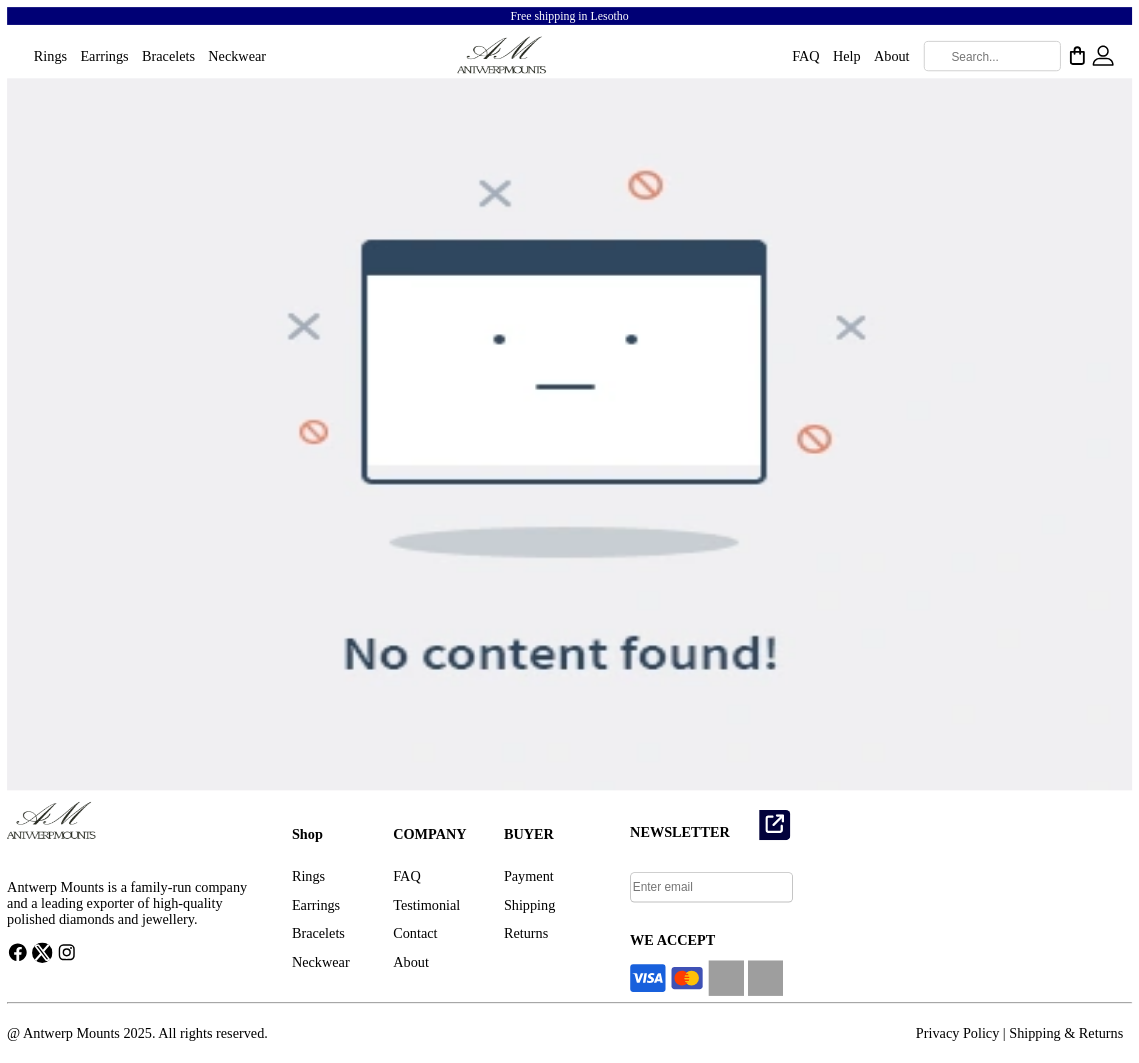
Repository: kea-0424/Web-Development-Project-1
Page: First_collaboration/JewelarySite.html
An editor plug-in stored every save of this project. The page is shown before and after a run of saves, followed by the edit.
The browser window is 1280 px wide. The pictures show the whole page, at 89% of full size.
Pictures or frames that could not be fetched are drawn as grey boxes.

Above is the page before, as saved 2025-01-23 11:25:31.

### First_collaboration/JewelarySite.html
<!DOCTYPE html>
<html lang="en">
<head>
    <meta charset="UTF-8">
    <meta name="viewport" content="width=device-width, initial-scale=1.0">
    <title>Document</title>
    <link rel="stylesheet" href="./JewelarySite.css">
</head>
<body>
    <header>
        <div class="notification">
            <span>Free shipping in Lesotho</span>
        </div>
        <nav>
                <ul class="navigations"  id="right_nav">
                    <li class="navbar_links"><a href="#">Rings</a></li>
                    <li class="navbar_links"><a href="#">Earrings</a></li>
                    <li class="navbar_links"><a href="#">Bracelets</a></li>
                    <li class="navbar_links"><a href="#">Neckwear</a></li>
                </ul>

            <div class="logo_container">
<img src="Main_Logo-removebg-preview.png" alt="Logo" class="main_logo" id="Nav_logo">
            </div>
                <ul class="navigations" id="left_nav">
                    <li class="navbar_links"><a href="#">FAQ</a></li>
                    <li class="navbar_links"><a href="#">Help</a></li>
                    <li class="navbar_links"><a href="#">About</a></li>
                </ul>
                <form action="#">
                    <i class='bx bx-search-alt-2'></i>
                    <input class='searchbar' type="text" placeholder="Search...">
                </form>
                <div class="nav_icons">
                    <img src="./cart.svg" alt="Logo" class="icon">
                    <img src="./profile.svg" alt="Logo" class="icon">
                </div>
        </nav>
    </header>
    <main>
        <img src="./NoContent.webp" alt="No_Content" class="No_Content">
    </main>
    <footer>
        <div class="about_us">
            <div class="logo_container">
                <img src="Main_Logo-removebg-preview.png" alt="Logo" class="main_logo">
                            </div>
                            <div class="bio">
                                <p>Antwerp Mounts is a family-run company<br>
                                    and a leading exporter of high-quality<br>
                                   polished diamonds and jewellery.</p>
                            </div>
                                <div class="social_media">
                                    <div class="socials" >
                                        <a href="#"><img src="./bxl-facebook-circle (1).svg" alt="Facebook" id="facebook_link"></a>
                                    </div>
                                    <div class="socials">
                                        <a href="#"><img src="./x-twitter-brands-solid.svg" alt="Twitter" id="X_link"></a>
                                    </div>
                                    <div class="socials">
                                        <a href="#"><img src="./bxl-instagram (1).svg" alt="Instagram" id="instagram_link"></a>
                                    </div>
                                    </div>
        </div>
        <div class="navigation">
            <div class="list1">
                <h4>Shop</h4>
                <ul class="footer_lists">
                    <li><a href="#">Rings</a></li>
                    <li><a href="#">Earrings</a></li>
                    <li><a href="#">Bracelets</a></li>
                    <li><a href="#">Neckwear</a></li>
                </ul>
            </div>
            <div class="list2">
               <h4>COMPANY</h4>
               <ul class="footer_lists">
                <li><a href="#">FAQ</a></li>
                <li><a href="#">Testimonial</a></li>
                <li><a href="#">Contact</a></li>
                <li><a href="#">About</a></li>
               </ul>
            </div>
            <div class="list3">
                <h4>BUYER</h4>
                <ul class="footer_lists">
                    <li><a href="#">Payment</a></li>
                    <li><a href="#">Shipping</a></li>
                    <li><a href="#">Returns</a></li>
                </ul>
            </div>
        </div>
        <div class="Subscription">
            <h4>NEWSLETTER</h4>
            <form action="#">
                <div class="input_container">
                    <input type="text" placeholder="Enter email" class="newsletter_input">
                    <button type="submit" class="submit_btn"><img src="./arrow-up-right-from-square-solid.svg" alt="arrow"></button>
                </div>
            </form>
            <h4>WE ACCEPT</h4>
            <div class="payment_methods">
                <div class="payment_method">
                    <img src="./cc-visa-brands-solid.svg" alt="visa" id="visa">
                </div>
                <div class="payment_method">
                    <img src="mastercard.svg" alt="mastercard" id="mastercard">
                </div>
                <div class="payment_method">
                    <img src="./paypal.svg" alt="paypal" id="paypal">
        </div>
        <div class="payment_method">
            <img src="./skrill.svg" alt="skrill" id="skrill">
        </div>
            </div>
        </div>
        <hr>
        <div class="copyright">
            <p class="left_details">@ Antwerp Mounts 2025. All rights reserved.</p>
            <p class="right_details">Privacy Policy | Shipping & Returns</p>
        </div>
    </footer>
</body>
</html>

### First_collaboration/JewelarySite.css

body {
    box-sizing: border-box;
}
.notification {
    background-color: rgb(0 0 117);
    color: rgb(255 255 255);
    display: flex;
    align-items: center;
    justify-content: center;
    font-size: smaller;
    width: inherit;
    height: 20px;
}
nav {
    display: flex;
    justify-content: space-between;
    /*padding: 10px;*/
}
.main_logo {
    height: 80px;
    width: 100px;
    margin-top: 0;

}
#Nav_logo {
    margin: 0 auto;
    position: absolute;
    left: 40%;
}
.navigations,.navbar_links {
    list-style-type: none;
    display: flex;
    justify-content: space-between;
list-style: none;
text-decoration: none;
color: inherit;
margin-right: 15px;
padding: 0;
}
nav {
    position:relative;
    width: 100%;
    height: 60px
}

a {
    text-decoration: none;
color: inherit;
}
a:hover {
    /*font-size: larger;*/
    transition: font-size 0.2s ease-in-out;
    position: relative;
    /*background-color: blue;*/
    color: rgba(0 0 255 / 0.26);
    border-radius: 3px;
}
main,.No_Content {
    width: 100%;
    height: 800px;
}
.searchbar {
    width: 120px;
    height: 30px;
    border-radius: 5px;
    border: 1px solid #ccc;
    margin-top: 18px;
    padding-left: 30px;
    position: absolute;
    right: 80px;

}
.navbar_links {
    margin-top: 10px;
}
.icon {
    width: 25px;
    height: 25px;
    margin-top: 22px;
}
#left_nav{
    position: absolute;
    right: 220px;
}
#right_nav {
    position: absolute;
    left: 30px;
}
.nav_icons {
    margin-right: 20px;
}
.socials {
    /*border: 1px solid red;*/
    display: inline;
    height: 50px;
    width: 50px;
}
.bio {
    /*border: 1px solid red;*/
    display: inline-block;
}
#X_link {
    background-color: black;
    height: 23px;
    width: 23px;
    border-radius: 50%;
    display: inline-block;
}
/*.list1,.list2,.list3*/.navigation{
    /*border: 1px solid red;*/
    display: inline-block;
    position: absolute;
    left: 320px;
    top: 20px;
box-sizing: border-box;
}
footer {
    /*border: 1px solid red;*/
    position: relative;
}
.list1,.list2,.list3 {
    /*border: 1px solid red;*/
    display: inline-block;
    box-sizing: border-box;
    margin-right: 5px;
}
.list3 {
    position: relative;
    bottom: 32px;
}
.footer_lists {
    position: relative;
    right: 40px;
    list-style: none;
    line-height: 2em;
}
.input_container{
    /*border: 1px solid red;*/
    display: flex;
    justify-content: center;
    align-items: center;
    width: 100%;
    height: 60px
}
.newsletter_input {
    height: 30px;
    overflow: hidden;
    border-radius: 5px;
    border: 1px solid rgba(0 0 0 / 0.25);
    position: relative;
    /*z-index: 1;*/
}
.submit_btn {
    background-color: rgb(2 2 59);
    border: 1px solid transparent;
    height: 34px;
    width: 35px;
    position: absolute;
    right: 3px;
    top: 4px;
    border-radius:0px 5px 5px 0px;
}
#visa, #mastercard, #paypal, #skrill {
    height: 40px;
    width: 40px;
}
#visa:hover, #mastercard:hover, #paypal:hover, #skrill:hover {
    height: 50px;
    width: 50px;
}
.payment_method {
    /*border: 1px solid red;*/
    display: inline-block;
    position: relative;
    bottom: 8px;
}
.Subscription {
/*border: 1px solid red;*/
display: inline;
position: absolute;
left: 700px;
top:18px;
}
hr {
    margin-top: 40px;
}
.copyright {
   /* border: 1px solid red;*/
    position: relative;
}
.left_details {
    /*border: 1px solid red;*/
    display: inline-block;
}
.right_details {
    /*border: 1px solid red;*/
    display: inline;
    position: absolute;
    right: 10px;
}

After the next 3 saves:
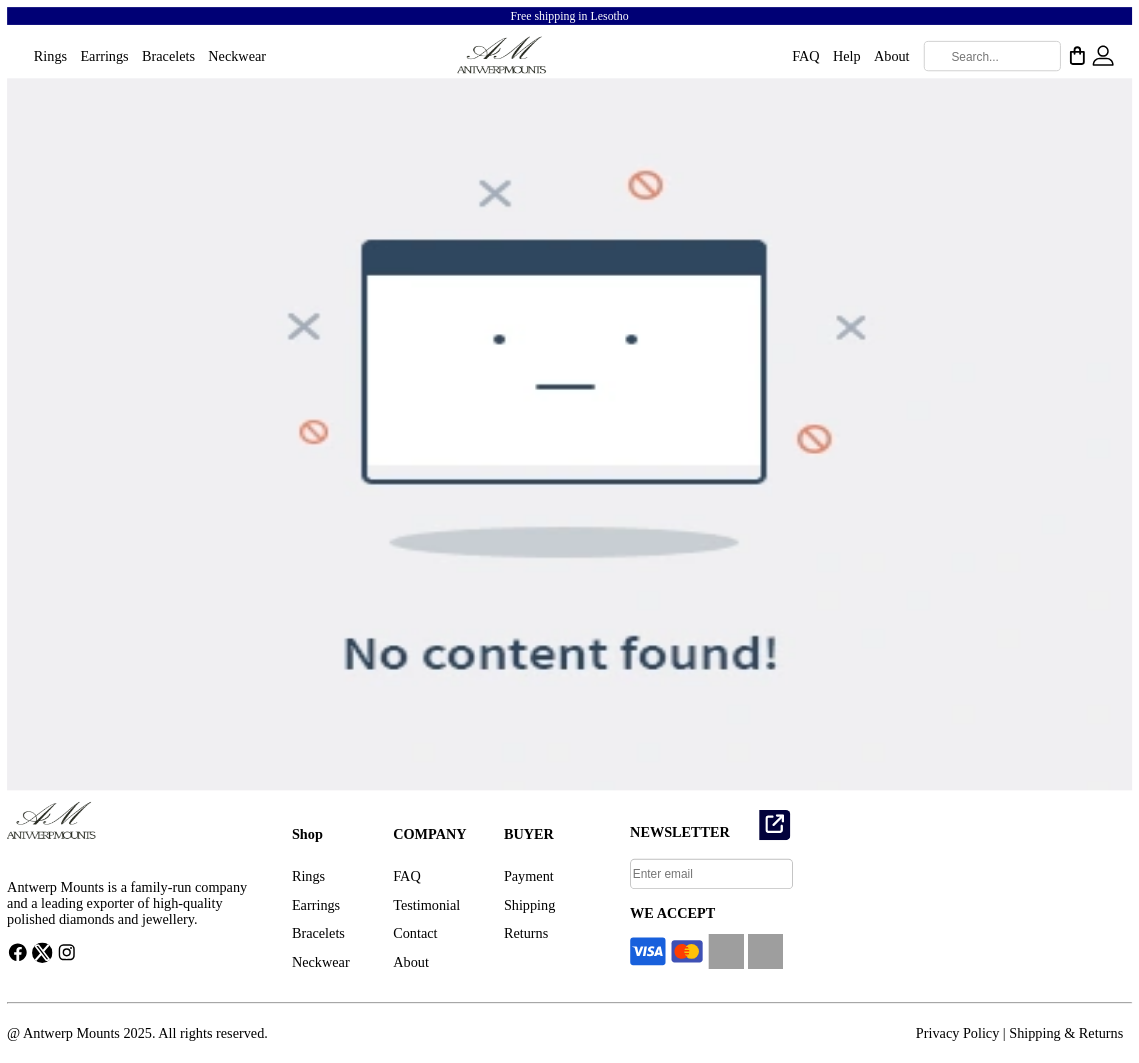
The 3 saves are shown as one change because they came seconds apart.
The last was saved 16 s later.
--- a/First_collaboration/JewelarySite.css
+++ b/First_collaboration/JewelarySite.css
@@ -141,7 +141,7 @@ footer {
     justify-content: center;
     align-items: center;
     width: 100%;
-    height: 60px
+    height: 30px;
 }
 .newsletter_input {
     height: 30px;
